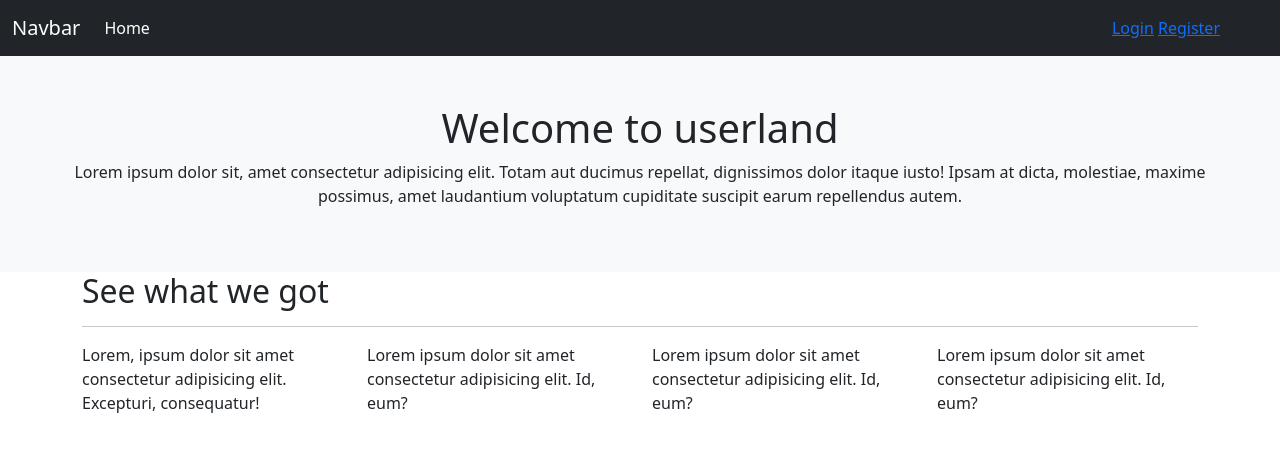
Repository: BrittleHeart/symfony-users--crud
Page: templates/home/home.html.twig
The author's editor kept a copy of each file at every save. The page is drawn from the files as they stood at one save, then again after a run of saves.
The browser window is 1280 px wide. The pictures show the whole page.
The page is a Twig template of a Symfony application; nobody is signed in and links lead nowhere. The template is opened directly, without the code that normally fills it, so the values that code supplies are empty.

Above is the page before, as saved 2021-02-20 15:50:30.

### templates/home/home.html.twig
{% extends 'home.html.twig' %}

{% block body %}

	<header class="p-5 bg-light text-center">
		<h1 class="jumbotron-header">Welcome to userland</h1>
		<p class="jumbotron-description">Lorem ipsum dolor sit, amet consectetur adipisicing elit. Totam aut ducimus repellat, dignissimos dolor itaque iusto! Ipsam at dicta, molestiae, maxime possimus, amet laudantium voluptatum cupiditate suscipit earum repellendus autem.</p>
	</header>

	<main class="main">
		<div class="container">
			<h2>See what we got</h2>
			<hr>
			<div class="row">
				<div class="col-md-3">Lorem, ipsum dolor sit amet consectetur adipisicing elit. Excepturi, consequatur!</div>
				<div class="col-md-3">Lorem ipsum dolor sit amet consectetur adipisicing elit. Id, eum?</div>
				<div class="col-md-3">Lorem ipsum dolor sit amet consectetur adipisicing elit. Id, eum?</div>
				<div class="col-md-3">Lorem ipsum dolor sit amet consectetur adipisicing elit. Id, eum?</div>
			</div>
		</div>
	</main>

{% endblock %}

### templates/home.html.twig
<!DOCTYPE html>
<html>
	<head>
		<meta charset="UTF-8">
		<title>
			{% block title %}Users Crud - Overblitz
			{% endblock %}
		</title>
		{# Run `composer require symfony/webpack-encore-bundle`
		           and uncomment the following Encore helpers to start using Symfony UX #}
		{% block stylesheets %}
			<link href="https://cdn.jsdelivr.net/npm/bootstrap@5.0.0-beta2/dist/css/bootstrap.min.css" rel="stylesheet" integrity="sha384-BmbxuPwQa2lc/FVzBcNJ7UAyJxM6wuqIj61tLrc4wSX0szH/Ev+nYRRuWlolflfl" crossorigin="anonymous">
		{% endblock %}

		{% block javascripts %}
			{#{{ encore_entry_script_tags('app') }}#}
		{% endblock %}
	</head>
	<body>
		<nav class="navbar navbar-expand-lg navbar-dark bg-dark">
			<div class="container-fluid">
				<a class="navbar-brand" href="#">Navbar</a>
				<button class="navbar-toggler" type="button" data-bs-toggle="collapse" data-bs-target="#navbarSupportedContent" aria-controls="navbarSupportedContent" aria-expanded="false" aria-label="Toggle navigation">
					<span class="navbar-toggler-icon"></span>
				</button>
				<div class="collapse navbar-collapse" id="navbarSupportedContent">
					<ul class="navbar-nav me-auto mb-2 mb-lg-0">
						<li class="nav-item">
							<a class="nav-link active" aria-current="page" href="/">Home</a>
						</li>
					</ul>
					<div class="d-flex justify-content-between mx-5">
                        <a href="" class="mr-3">Login</a> &nbsp;
                        <a href="">Register</a>
                    </div>
				</div>
			</div>
		</nav>
		<div class="wrapper">
            {% block body %}{% endblock %}
		</div>
		</body>
	</html>

After the next 2 saves:
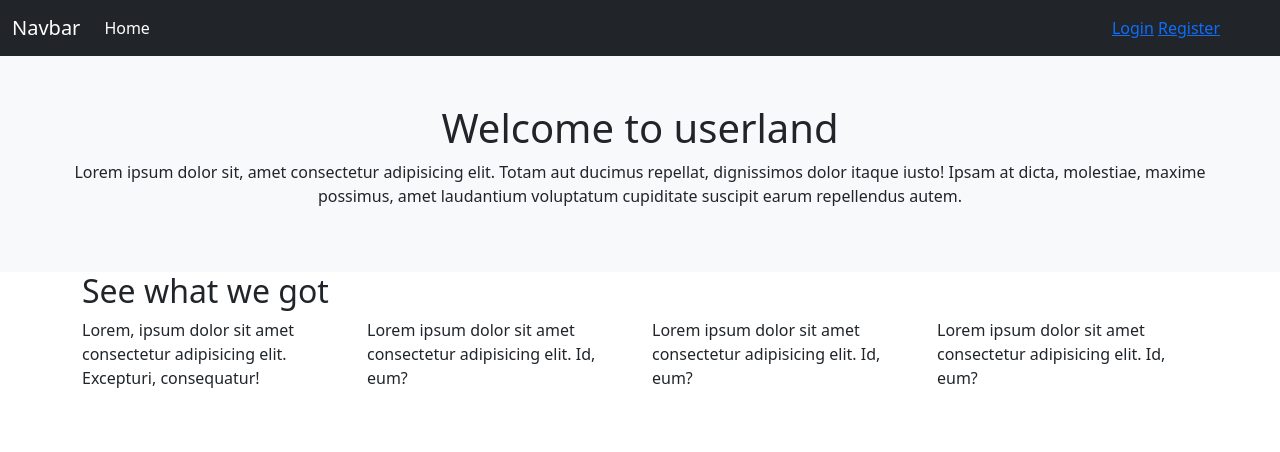
The 2 saves are shown as one change because they came seconds apart.
The last was saved 15 s later.
--- a/templates/home/home.html.twig
+++ b/templates/home/home.html.twig
@@ -9,8 +9,7 @@
 
 	<main class="main">
 		<div class="container">
-			<h2>See what we got</h2>
-			<hr>
+			<h2 >See what we got</h2>
 			<div class="row">
 				<div class="col-md-3">Lorem, ipsum dolor sit amet consectetur adipisicing elit. Excepturi, consequatur!</div>
 				<div class="col-md-3">Lorem ipsum dolor sit amet consectetur adipisicing elit. Id, eum?</div>
